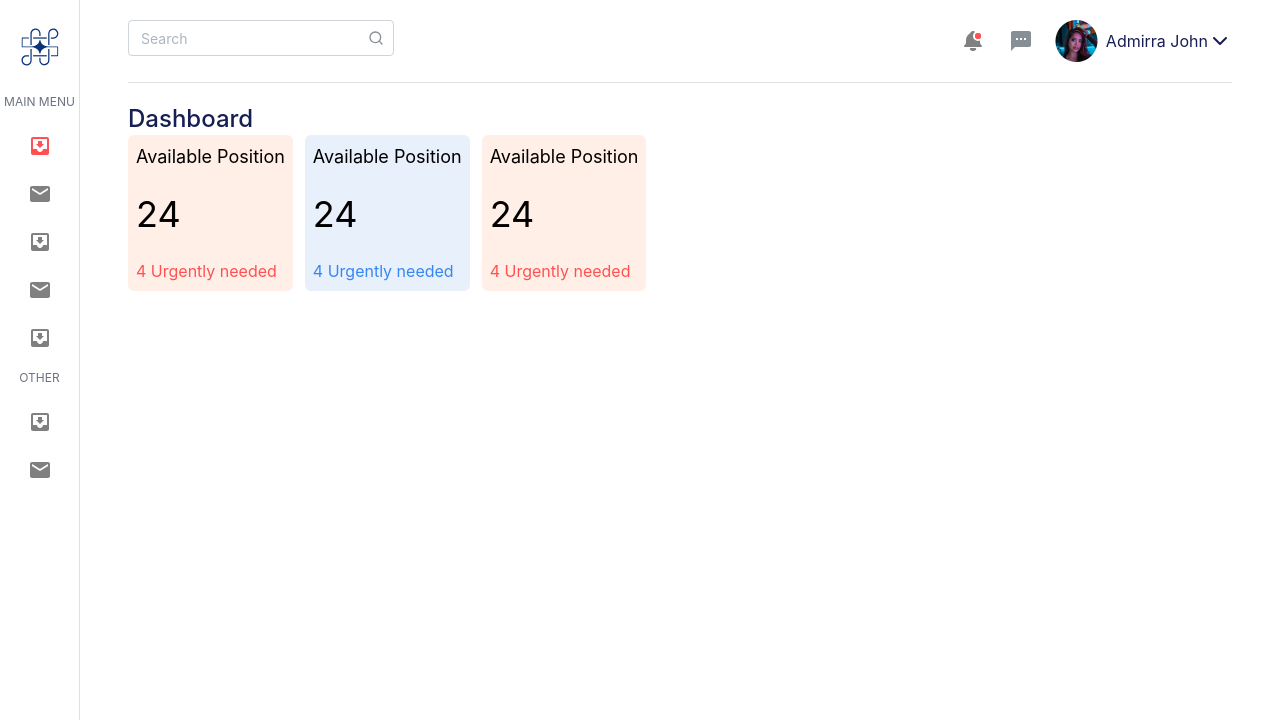
Repository: SatyaDewangan05/sample-dashboard
Page: /
These files come from the project's save history. The page is drawn as it stood at one moment and after the next save; the edit follows.
The browser window is 1280 px wide. The pictures show the whole page.
The project was rebuilt for these pictures with package versions that can differ from the ones it lists, and the page was loaded fresh each time. The framework's server and built-in components were replaced by stand-ins that run in the browser. Also part of the build but not shown: next.config.mjs.

Above is the page before, as saved 2024-09-21 23:54:39.

### src/app/layout.js
import localFont from "next/font/local";
import "./globals.css";
import { MantineProvider } from "@mantine/core";
import "@mantine/core/styles.css";

const geistSans = localFont({
  src: "./fonts/GeistVF.woff",
  variable: "--font-geist-sans",
  weight: "100 900",
});
const geistMono = localFont({
  src: "./fonts/GeistMonoVF.woff",
  variable: "--font-geist-mono",
  weight: "100 900",
});

// import { Poppins } from "next/font/google";
// const poppins = Poppins({
//   subsets: ["latin"],
//   display: "swap",
//   variable: "--font-poppins",
//   weight: "`100`, `200`, `300`, `400`, `500`, `600`, `700`, `800`, `900`",
// });

export const metadata = {
  title: "Create Next App",
  description: "Generated by create next app",
};

export default function RootLayout({ children }) {
  return (
    <html lang="en">
      <body className={`font-poppins antialiased bg-white`}>
        <MantineProvider>{children}</MantineProvider>
      </body>
    </html>
  );
}

### src/app/page.jsx
import Image from "next/image";
import MiniDrawer from "./components/Drawer";
import {
  ActionIcon,
  Anchor,
  Avatar,
  Divider,
  Indicator,
  TextInput,
  Title,
} from "@mantine/core";
import { Search } from "lucide-react";
import {
  IconBellFilled,
  IconChevronCompactDown,
  IconChevronDown,
} from "@tabler/icons-react";
import TextsmsIcon from "@mui/icons-material/Textsms";
import DP from "@/images/dp.png";
import ThreeData from "./components/card/ThreeData";

export default function Home() {
  return (
    <div className="flex">
      <MiniDrawer />
      <div className="w-full px-12">
        {/* Top Bar */}
        <div className="w-full py-5 flex justify-between">
          <TextInput placeholder="Search" rightSection={<Search size={16} />} />
          <div className="flex items-center gap-5">
            <ActionIcon
              variant="transparent"
              color="gray"
              // c="black"
              aria-label="Settings"
            >
              <Indicator color="#FF5151" offset={7} withBorder>
                <IconBellFilled color="gray" />
              </Indicator>
            </ActionIcon>
            <ActionIcon
              variant="transparent"
              color="gray"
              // c="black"
              aria-label="Settings"
            >
              <TextsmsIcon color="gray" />
            </ActionIcon>
            <div className="flex gap-2 items-center">
              <Image src={DP} />
              <Anchor
                href="https://mantine.dev/"
                target="_blank"
                underline="never"
                c="#161E54"
              >
                <div className="flex items-center">
                  Admirra John
                  <IconChevronDown />
                </div>
              </Anchor>
            </div>
          </div>
        </div>
        <Divider />

        <div className="w-full py-5">
          <p className="text-2xl font-medium text-[#161E54]">Dashboard</p>
          <div className="flex gap-3">
            <ThreeData bgColor="#FFEFE7" textColor="#FF5151" />
            <ThreeData bgColor="#E8F0FB" textColor="#3786F1" />
            <ThreeData bgColor="#FFEFE7" textColor="#FF5151" />
          </div>
        </div>
      </div>
    </div>
  );
}

### src/app/globals.css
@tailwind base;
@tailwind components;
@tailwind utilities;

:root {
  --background: #ffffff;
  --foreground: #171717;
}

/* @media (prefers-color-scheme: dark) {
  :root {
    --background: #0a0a0a;
    --foreground: #ededed;
  }
} */

body {
  color: var(--foreground);
  background: var(--background);
  font-family: Arial, Helvetica, sans-serif;
}

@layer utilities {
  .text-balance {
    text-wrap: balance;
  }
}

@layer base {
  :root {
    --background: 0 0% 100%;
    --foreground: 0 0% 3.9%;
    --card: 0 0% 100%;
    --card-foreground: 0 0% 3.9%;
    --popover: 0 0% 100%;
    --popover-foreground: 0 0% 3.9%;
    --primary: 0 0% 9%;
    --primary-foreground: 0 0% 98%;
    --secondary: 0 0% 96.1%;
    --secondary-foreground: 0 0% 9%;
    --muted: 0 0% 96.1%;
    --muted-foreground: 0 0% 45.1%;
    --accent: 0 0% 96.1%;
    --accent-foreground: 0 0% 9%;
    --destructive: 0 84.2% 60.2%;
    --destructive-foreground: 0 0% 98%;
    --border: 0 0% 89.8%;
    --input: 0 0% 89.8%;
    --ring: 0 0% 3.9%;
    --chart-1: 12 76% 61%;
    --chart-2: 173 58% 39%;
    --chart-3: 197 37% 24%;
    --chart-4: 43 74% 66%;
    --chart-5: 27 87% 67%;
    --radius: 0.5rem;
  }
  .dark {
    --background: 0 0% 3.9%;
    --foreground: 0 0% 98%;
    --card: 0 0% 3.9%;
    --card-foreground: 0 0% 98%;
    --popover: 0 0% 3.9%;
    --popover-foreground: 0 0% 98%;
    --primary: 0 0% 98%;
    --primary-foreground: 0 0% 9%;
    --secondary: 0 0% 14.9%;
    --secondary-foreground: 0 0% 98%;
    --muted: 0 0% 14.9%;
    --muted-foreground: 0 0% 63.9%;
    --accent: 0 0% 14.9%;
    --accent-foreground: 0 0% 98%;
    --destructive: 0 62.8% 30.6%;
    --destructive-foreground: 0 0% 98%;
    --border: 0 0% 14.9%;
    --input: 0 0% 14.9%;
    --ring: 0 0% 83.1%;
    --chart-1: 220 70% 50%;
    --chart-2: 160 60% 45%;
    --chart-3: 30 80% 55%;
    --chart-4: 280 65% 60%;
    --chart-5: 340 75% 55%;
  }
}

@layer base {
  * {
    @apply border-border;
  }
  body {
    @apply bg-background text-foreground;
  }
}

### src/app/components/Drawer.jsx
"use client";

import { styled } from "@mui/material/styles";
import MuiDrawer from "@mui/material/Drawer";
import List from "@mui/material/List";
import IconButton from "@mui/material/IconButton";
import MenuIcon from "@mui/icons-material/Menu";

import ListItem from "@mui/material/ListItem";
import ListItemButton from "@mui/material/ListItemButton";
import ListItemIcon from "@mui/material/ListItemIcon";
import ListItemText from "@mui/material/ListItemText";
import InboxIcon from "@mui/icons-material/MoveToInbox";
import MailIcon from "@mui/icons-material/Mail";
import { useState } from "react";
import Image from "next/image";

import Logo from "@/images/logo.svg";
import LogoWithName from "@/images/logo_with_name.png";

const drawerWidth = 220;

const openedMixin = (theme) => ({
  width: drawerWidth,
  transition: theme.transitions.create("width", {
    easing: theme.transitions.easing.sharp,
    duration: theme.transitions.duration.enteringScreen,
  }),
  overflowX: "hidden",
});

const closedMixin = (theme) => ({
  transition: theme.transitions.create("width", {
    easing: theme.transitions.easing.sharp,
    duration: theme.transitions.duration.leavingScreen,
  }),
  overflowX: "hidden",
  width: "80px",
  [theme.breakpoints.up("sm")]: {
    width: "80px",
  },
});

const DrawerHeader = styled("div")(({ theme }) => ({
  display: "flex",
  alignItems: "center",
  justifyContent: "center",
  padding: "20px",
  // necessary for content to be below app bar
  ...theme.mixins.toolbar,
}));

const Drawer = styled(MuiDrawer, {
  shouldForwardProp: (prop) => prop !== "open",
})(({ theme }) => ({
  width: drawerWidth,
  flexShrink: 0,
  whiteSpace: "nowrap",
  boxSizing: "border-box",
  variants: [
    {
      props: ({ open }) => open,
      style: {
        ...openedMixin(theme),
        "& .MuiDrawer-paper": openedMixin(theme),
      },
    },
    {
      props: ({ open }) => !open,
      style: {
        ...closedMixin(theme),
        "& .MuiDrawer-paper": closedMixin(theme),
      },
    },
  ],
}));

export default function MiniDrawer() {
  const [open, setOpen] = useState(false);

  const [active, setActive] = useState("Dashboard");

  return (
    <Drawer variant="permanent" open={open}>
      <DrawerHeader>
        <IconButton onClick={() => setOpen((prevState) => !prevState)}>
          {open ? (
            <Image src={LogoWithName} alt="Images" />
          ) : (
            <Image className="mx-auto" src={Logo} alt="Images" />
          )}
        </IconButton>
      </DrawerHeader>
      <p
        className={`h-5 uppercase text-xs  text-gray-500 ${
          open ? "pl-5" : "text-center"
        }`}
      >
        Main Menu
      </p>
      <List>
        {["Dashboard", "Recruitment", "Schedule", "Employee", "Department"].map(
          (text, index) => (
            <ListItem key={text} disablePadding sx={{ display: "block" }}>
              <ListItemButton
                sx={[
                  {
                    minHeight: 48,
                    px: 2,
                    color: active === text ? "#FF5151" : "unset",
                  },
                  open
                    ? {
                        justifyContent: "initial",
                      }
                    : {
                        justifyContent: "center",
                      },
                ]}
                onClick={() => setActive(text)}
              >
                <ListItemIcon
                  sx={[
                    {
                      //   minWidth: 0,
                      justifyContent: "center",
                      color: active === text ? "#FF5151" : "gray",
                    },
                    open
                      ? {
                          mr: 2,
                        }
                      : {
                          mx: "auto",
                        },
                  ]}
                >
                  {index % 2 === 0 ? <InboxIcon /> : <MailIcon />}
                </ListItemIcon>
                <ListItemText
                  primary={text}
                  sx={[
                    open
                      ? {
                          opacity: 1,
                        }
                      : {
                          opacity: 0,
                        },
                  ]}
                />
              </ListItemButton>
            </ListItem>
          )
        )}
      </List>
      <p
        className={`h-5 uppercase text-xs text-gray-500 ${
          open ? " pl-5" : "text-center"
        }`}
      >
        Other
      </p>
      <List>
        {["Support", "Settings"].map((text, index) => (
          <ListItem key={text} disablePadding sx={{ display: "block" }}>
            <ListItemButton
              sx={[
                {
                  minHeight: 48,
                  px: 2,
                },
                open
                  ? {
                      justifyContent: "initial",
                    }
                  : {
                      justifyContent: "center",
                    },
              ]}
              onClick={() => setActive(text)}
            >
              <ListItemIcon
                sx={[
                  {
                    justifyContent: "center",
                    color: active === text ? "#FF5151" : "gray",
                  },
                  open
                    ? {
                        mr: 2,
                      }
                    : {
                        mx: "auto",
                      },
                ]}
              >
                {index % 2 === 0 ? <InboxIcon /> : <MailIcon />}
              </ListItemIcon>
              <ListItemText
                primary={text}
                sx={[
                  open
                    ? {
                        opacity: 1,
                      }
                    : {
                        opacity: 0,
                      },
                ]}
              />
            </ListItemButton>
          </ListItem>
        ))}
      </List>
    </Drawer>
  );
}

### src/app/components/card/ThreeData.jsx
const ThreeData = ({ bgColor, textColor }) => {
  return (
    <div
      className="p-2 rounded-md flex flex-col gap-4"
      style={{ backgroundColor: bgColor ? bgColor : "gray" }}
    >
      <p className="text-lg">Available Position</p>
      <p className="text-[36px]">24</p>
      <p
        className="text-base"
        style={{ color: textColor ? textColor : "white" }}
      >
        4 Urgently needed
      </p>
    </div>
  );
};

export default ThreeData;

Loaded but not shown: tailwind.config.js (common file)

After the next save:
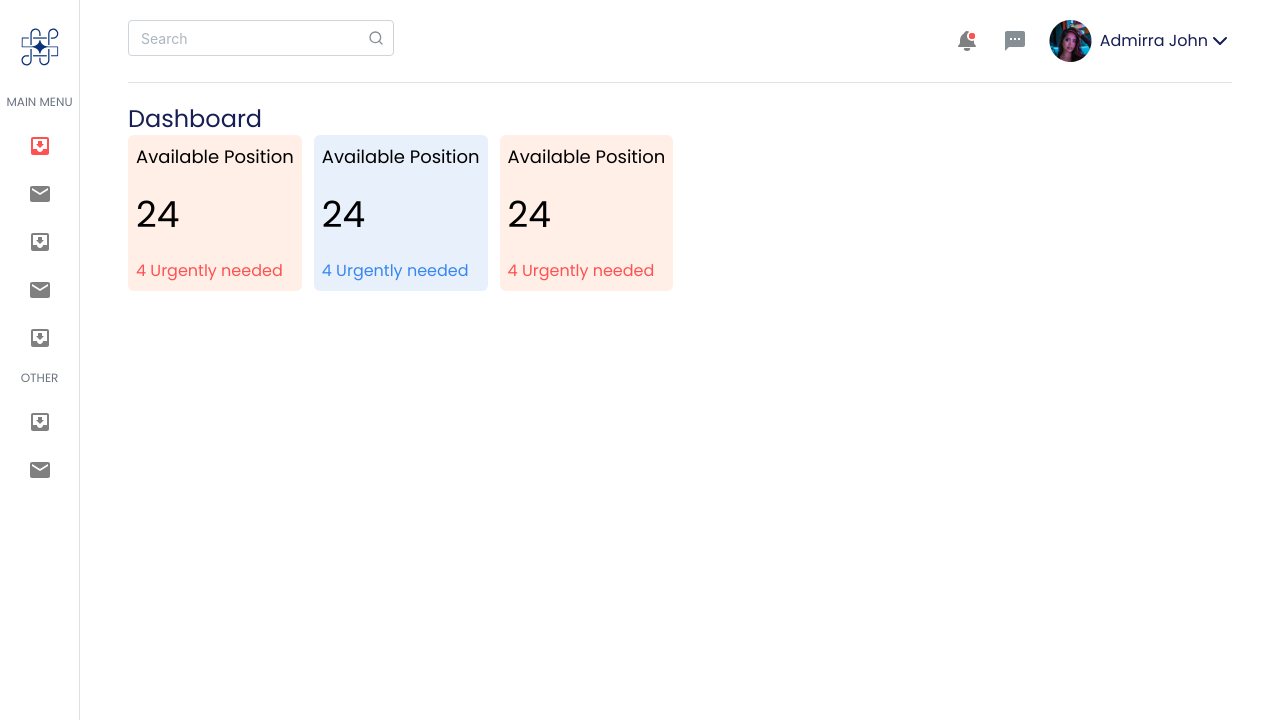
Saved 103 s later.
--- a/src/app/layout.js
+++ b/src/app/layout.js
@@ -14,13 +14,11 @@ const geistMono = localFont({
   weight: "100 900",
 });
 
-// import { Poppins } from "next/font/google";
-// const poppins = Poppins({
-//   subsets: ["latin"],
-//   display: "swap",
-//   variable: "--font-poppins",
-//   weight: "`100`, `200`, `300`, `400`, `500`, `600`, `700`, `800`, `900`",
-// });
+import { Poppins } from "next/font/google";
+const poppins = Poppins({
+  weight: ["400", "700"], // You can choose different weights like '300', '500' etc.
+  subsets: ["latin"],
+});
 
 export const metadata = {
   title: "Create Next App",
@@ -30,7 +28,7 @@ export const metadata = {
 export default function RootLayout({ children }) {
   return (
     <html lang="en">
-      <body className={`font-poppins antialiased bg-white`}>
+      <body className={`${poppins.className} antialiased bg-white`}>
         <MantineProvider>{children}</MantineProvider>
       </body>
     </html>
